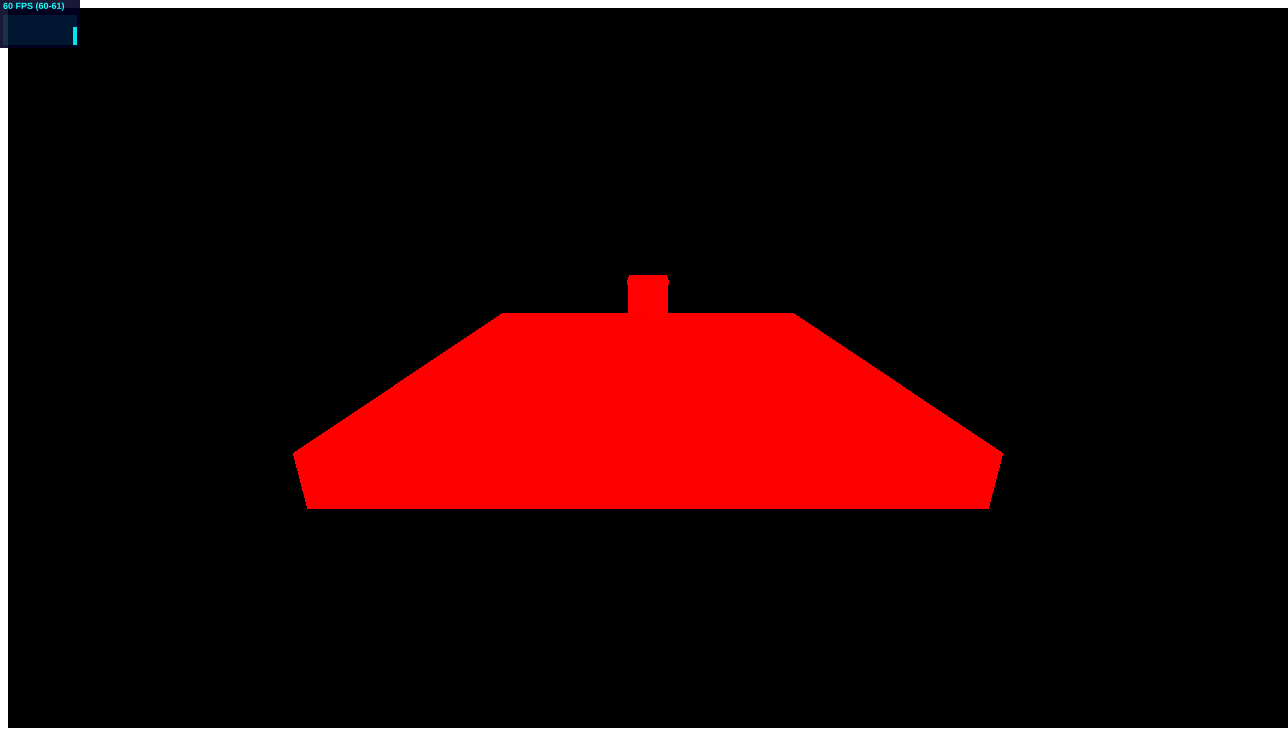
Repository: jocarsa/ThreeJSVJ
Page: index25.html
The author's editor kept a record of every edit. The page is drawn from the files as they stood at one moment, then again after the next edit.
The browser window is 1280 px wide. The page is 1288 px wide, then 1280 px, so the pictures cover 1288 px, including what lies to the right of the window. The pictures show the whole page.

Above is the page before.
Console error: SyntaxError: Cannot use import statement outside a module

After the next edit:
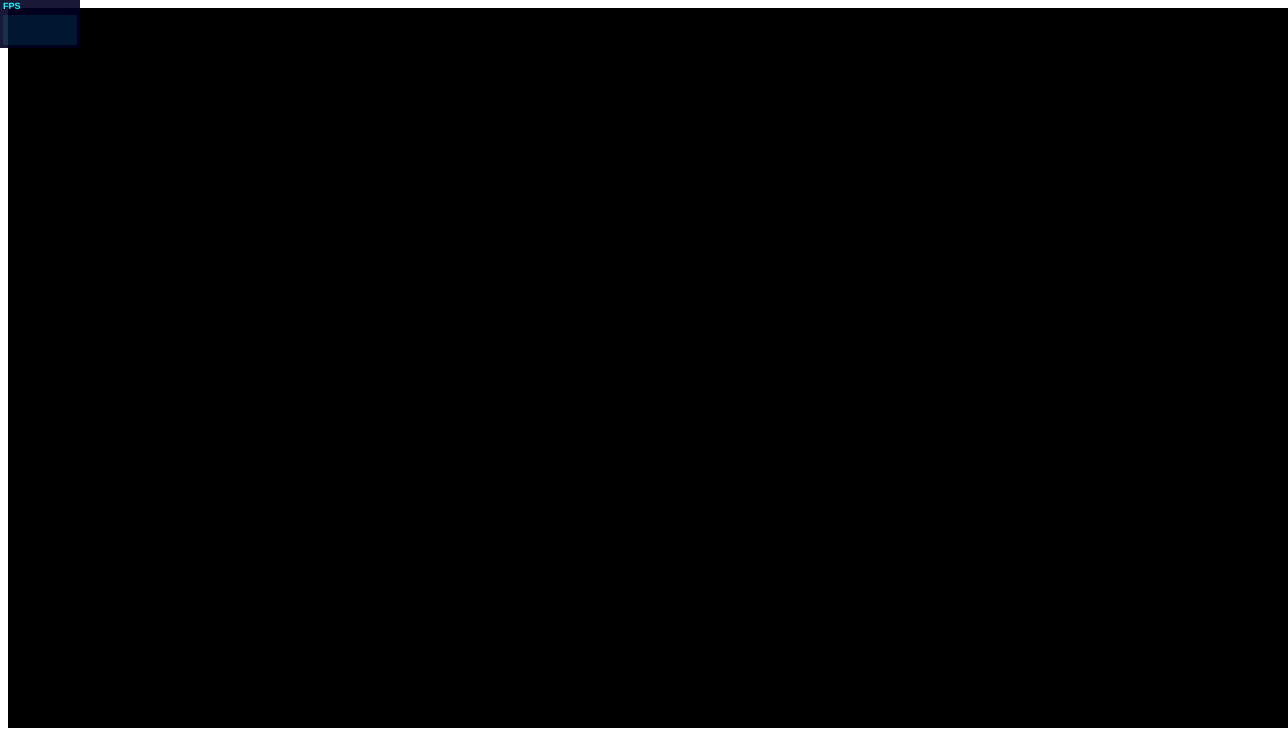
The edit:
--- a/index25.html
+++ b/index25.html
@@ -58,6 +58,9 @@
 				renderer.setPixelRatio( window.devicePixelRatio );
 				renderer.setSize( window.innerWidth, window.innerHeight );
 				container.appendChild( renderer.domElement );
+
+				effect = new THREE.StereoEffect(renderer);
+				 effect.setSize(width, height);
 				}
 
 

After the 4 edits that followed:
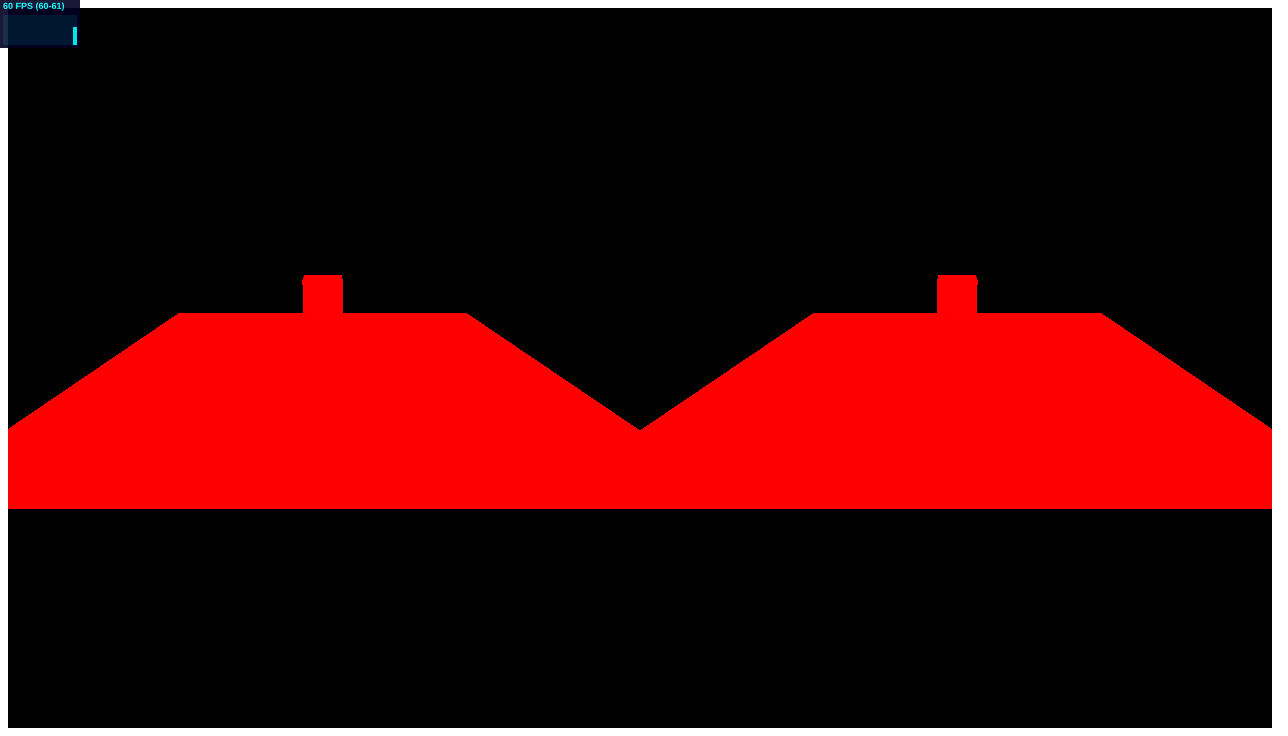
The error is gone.
The 4 edits are shown as one change because 3 left the picture as it was.
The edit:
--- a/index25.html
+++ b/index25.html
@@ -6,7 +6,7 @@
         <script src="lib/stats.min.js"></script>
 
          <script src="lib/OBJLoader.js"></script>
-         <script src="lib/StereoCamera.js"></script>
+
          <script src="lib/StereoEffect.js"></script>
     </head>
     <body>
@@ -16,6 +16,7 @@
 			var camera;
 			var scene;
 			var renderer;
+			var effect;
 
 			init()
 			animate()
@@ -58,7 +59,8 @@
 				renderer.setPixelRatio( window.devicePixelRatio );
 				renderer.setSize( window.innerWidth, window.innerHeight );
 				container.appendChild( renderer.domElement );
-
+				var width = container.offsetWidth;
+        var height = container.offsetHeight;
 				effect = new THREE.StereoEffect(renderer);
 				 effect.setSize(width, height);
 				}
@@ -74,8 +76,8 @@
 			}
 			function render() {
 
-
-				renderer.render( scene, camera );
+				effect.render(scene, camera);
+				//renderer.render( scene, camera );
 			}
         </script>
     </body>
